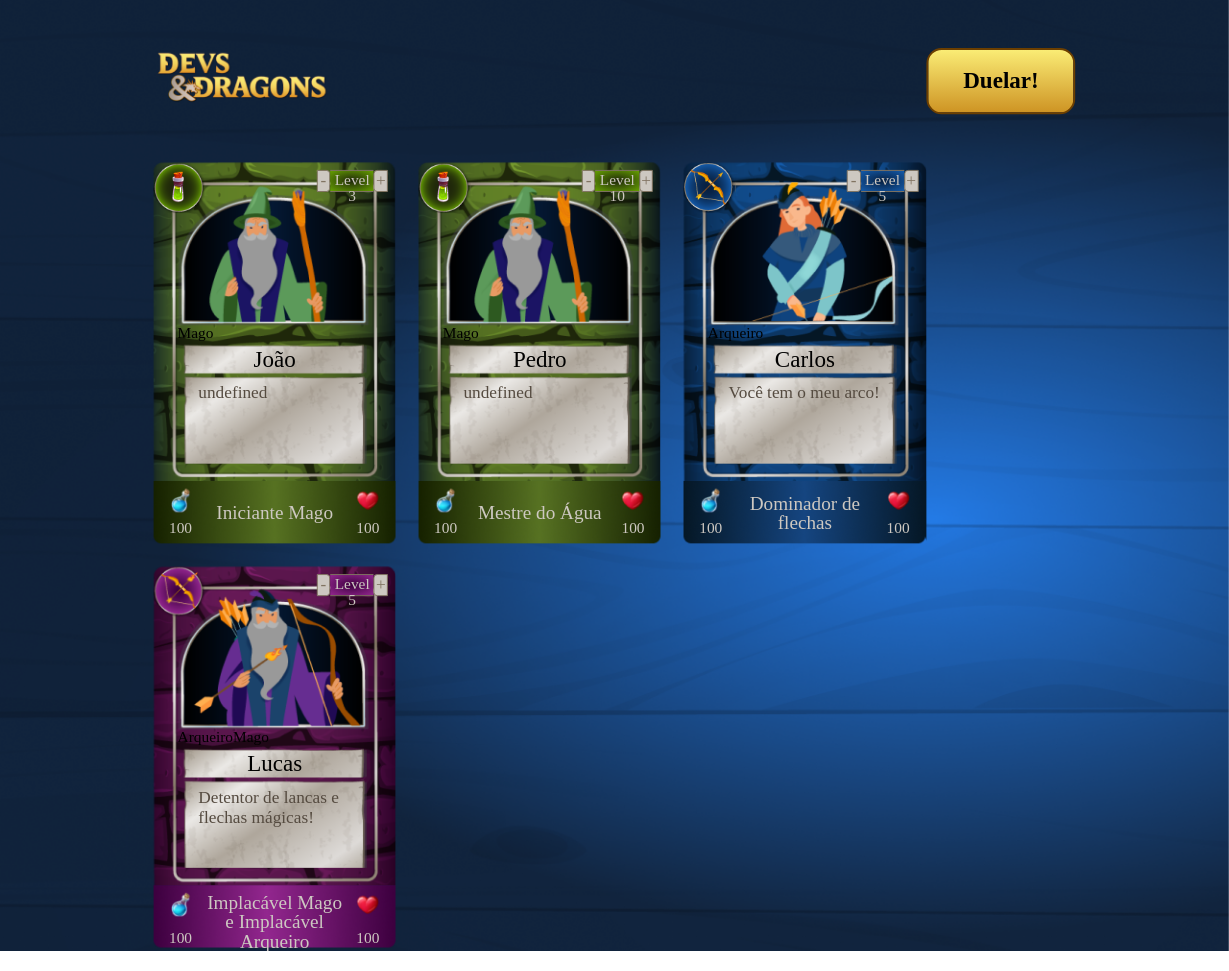
Repository: joaoPraiaJunior/js-classes-herencas-poo
Page: index.html
An editor plug-in stored every save of this project. The page is shown before and after the next save, followed by the edit.
The browser window is 1280 px wide. The pictures show the whole page, at 96% of full size.
Some web fonts or font styles are not loaded; a fallback is used.

Above is the page before, as saved 2024-09-09 22:20:30.

After the next save:
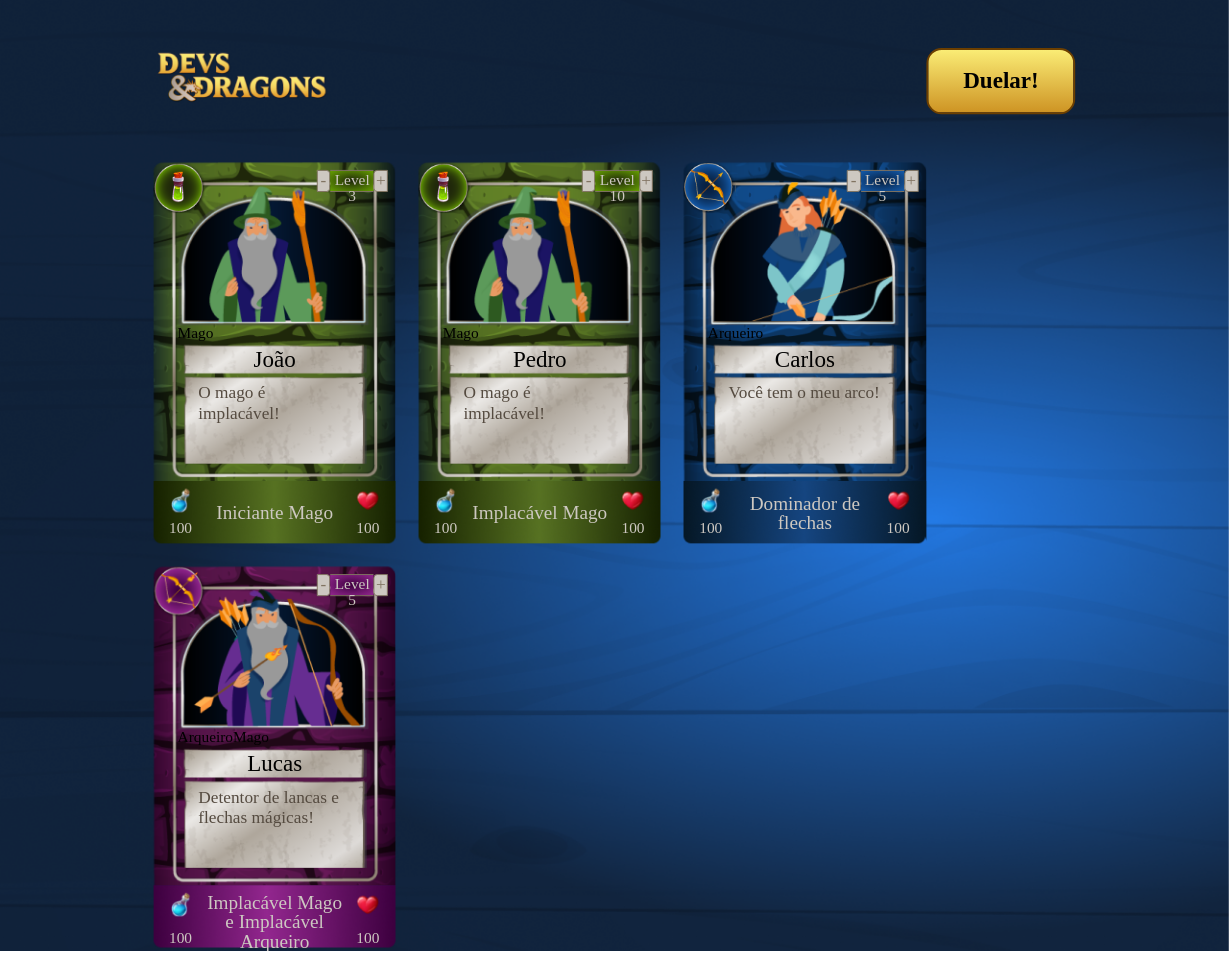
Saved 58 s later.
--- a/src/modules/Mago.js
+++ b/src/modules/Mago.js
@@ -6,9 +6,10 @@
     levelMagico
     inteligencia
     static tipo = 'Mago'
+    descricao ='O mago é implacável!'
 
-    constructor(nome, level, elementoMagico, levelMagico, inteligencia) {
-        super(nome, level)
+    constructor(nome, level, descricao, elementoMagico, levelMagico, inteligencia) {
+        super(nome, level, descricao)
         this.elementoMagico = elementoMagico
         this.levelMagico = levelMagico
         this.inteligencia = inteligencia

After the save that followed:
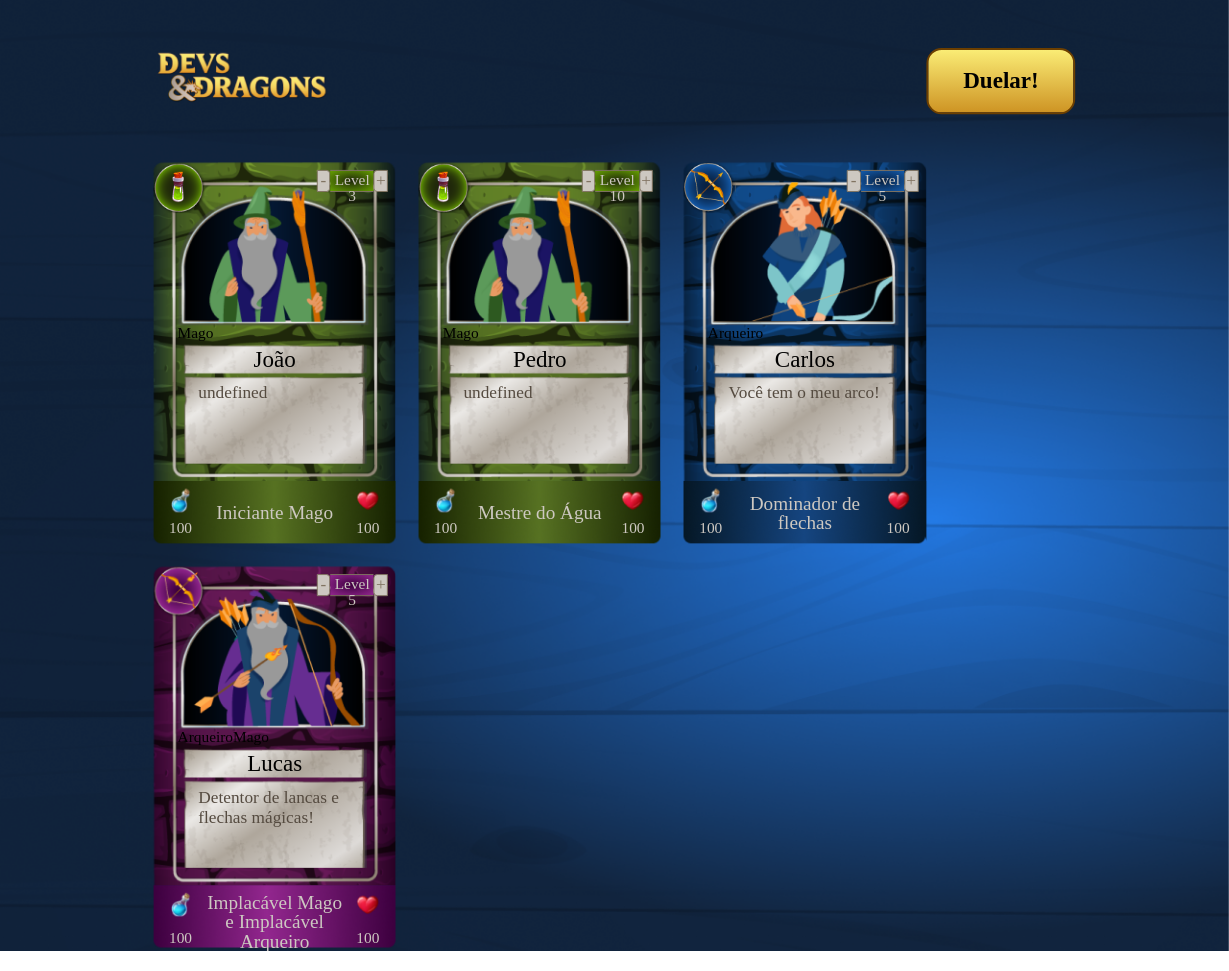
Saved 34 s later.
--- a/src/modules/Mago.js
+++ b/src/modules/Mago.js
@@ -6,10 +6,10 @@
     levelMagico
     inteligencia
     static tipo = 'Mago'
-    descricao ='O mago é implacável!'
+    static descricao ='O mago é implacável!'
 
-    constructor(nome, level, descricao, elementoMagico, levelMagico, inteligencia) {
-        super(nome, level, descricao)
+    constructor(nome, level, elementoMagico, levelMagico, inteligencia) {
+        super(nome, level)
         this.elementoMagico = elementoMagico
         this.levelMagico = levelMagico
         this.inteligencia = inteligencia
